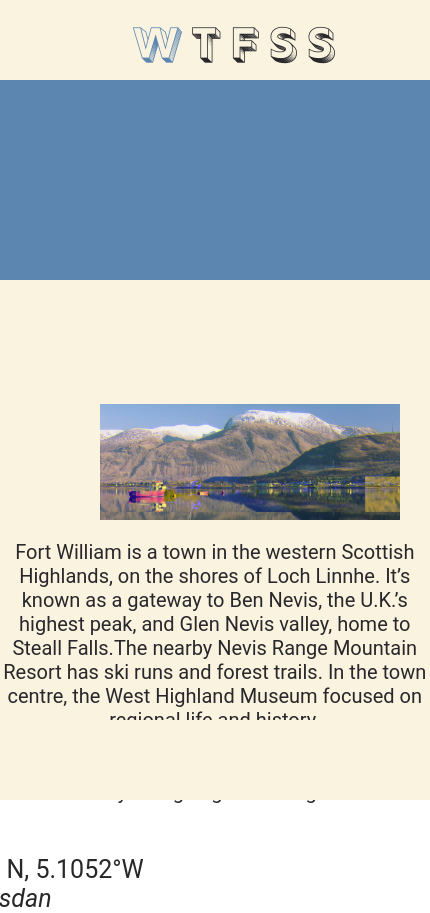
Repository: etak-yram/FINAL-CFG-WEB-DEV
Page: wednesday.html
These files come from the project's save history. The page is drawn as it stood at one moment and after a run of saves; the edit follows.
The browser window is 375 px wide. The page is 430 px wide, so the pictures cover 430 px, including what lies to the right of the window. The pictures show the whole page.

Above is the page before, as saved 2022-07-27 12:39:05.

After the next 2 saves:
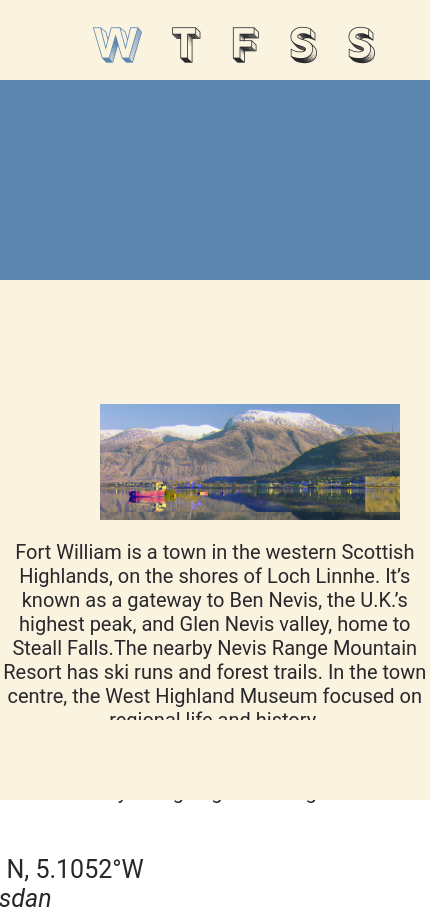
The 2 saves are shown as one change because they came seconds apart.
The last was saved 8 s later.
--- a/style-main.css
+++ b/style-main.css
@@ -214,7 +214,7 @@ footer {
     text-decoration: none;
     color: #28282B;
     font-size: 3rem;
-    padding: 5px;
+    padding: 15px;
 
   }
 
